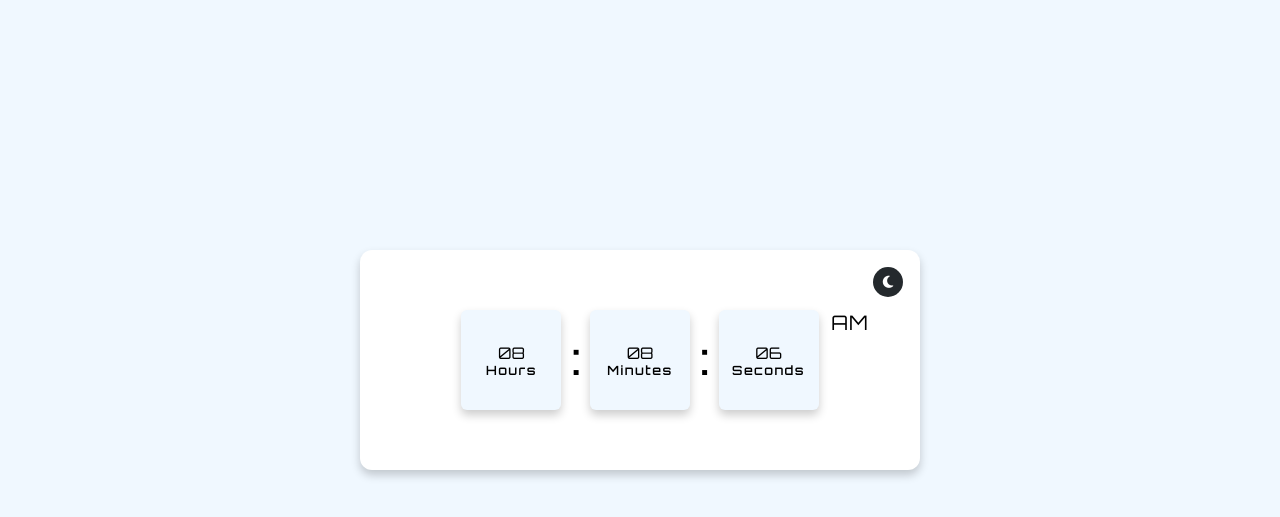
Repository: HueVu99/ComPonents
Page: Dynamic Digital Clock/index.html
The author's editor kept a copy of each file at every save. The page is drawn from the files as they stood at one save, then again after a run of saves.
The browser window is 1280 px wide. The pictures show the whole page.
Some web libraries are served in a nearby version.

Above is the page before, as saved 2022-07-08 19:45:23.

### Dynamic Digital Clock/index.html
<!DOCTYPE html>
<html lang="en">
<head>
    <meta charset="UTF-8">
    <meta http-equiv="X-UA-Compatible" content="IE=edge">
    <meta name="viewport" content="width=device-width, initial-scale=1.0">
    <title>Document</title>
    <link rel="stylesheet" href="style.css">
    <link rel="stylesheet" href="https://cdnjs.cloudflare.com/ajax/libs/font-awesome/6.1.1/css/all.min.css">
</head>
<body>
    <section>
        <div class="container">
            <div class="icons">
                <i class="fas fa-moon"></i>
                <i class="fas fa-sun"></i>
            </div>
            <div class="time">
              <div class="time-colon">
                <div class="time-text">
                    <span class="num hour_num"> 08</span>
                    <span class="text">Hours</span>
                </div>
                <span class="colon">:</span>
               </div>
            <div class="time-colon">
                <div class="time-text">
                    <span class="num min_num"> 08</span>
                    <span class="text">Minutes</span>
                </div>
                <span class="colon">:</span>
            </div>
            <div class="time-colon">
                <div class="time-text">
                    <span class="num sec_num"> 06</span>
                    <span class="text">Seconds</span>
                </div>
                <span class="am_pm">AM</span>
                 </div>
            </div>
        </div>
    </section>
    <script src="main.js"></script>
</body>
</html>

### Dynamic Digital Clock/style.css
@import url('https://fonts.googleapis.com/css2?family=Orbitron&family=Poppins:wght@200&display=swap');
*{
    margin: 0;
    padding: 0;
    box-sizing:border-box;
    font-family:"Orbitron",sans-serif;
    transition:  all 0.4 ease;
}
section{
    min-height: 100vh;
    width: 100%;
    display: flex;
    align-items: center;
    justify-content: center;
    background: #F0F8FF;
}
section.dark{
    background: #24292D;
}
section .container{
    display: flex;
    align-items: center;
    justify-content: center;
    height: 220px;
    max-width: 560px;
    width: 100%;
    background: #fff;
    box-shadow: 0 5px 10px rgba(0 , 0 , 0, 0.2);
    border-radius: 12px;
    position: relative;
}

section .container .icons i{
    position: absolute;
    right: 17px;
    top: 17px;
    height: 30px;
    width: 30px;
    background: #24292D;
    color: #fff;
    text-align:center;
    line-height: 30px;
    border-radius: 50%;
    font-size: 14px;
    cursor: pointer;
}
section.dark .container .icons i{
    background: #fff;
    color: #323840;
}
section .container .icons i.fa-sun{
    opacity: 0;
    pointer-events: none;
}
section.dark .container .icons i.fa-sun{
    opacity: 0;
    pointer-events: auto;
    font-size: 16px;
}
section .container .time{
    display: flex;
    align-items: center;
}
.container .time .time-colon{
    display: flex;
    align-items: center;
    position: relative;
}
.time .time-colon .am_pm{
    position: relative;
    position: absolute;
    top: 0;
    right: -50px;
    font-size: 20px;
    font-weight: 700px;
    letter-spacing: 1px;
}
.time .time-colon .time-text{
    width: 100px;
    height: 100px;
    display: flex;
    align-items: center;
    flex-direction: column;
    justify-content: center;
    background: #F0F8FF;
    border-radius: 6px;
    box-shadow: 0 5px 10px rgba(0 , 0, 0, 0.2);
}
section.dark .time .time
.time .time-colon .time-text,
.time .time-colon .colon{
    font-size:35px;
    font-weight: 600;
}
.time .time-colon .colon{
    font-size: 40px;
    margin: 0 10px;
}
.time .time-colon .time-text .text{
    font-size: 12px;
    font-weight: 700;
    letter-spacing: 2px;
}

### Dynamic Digital Clock/main.js
let section = document.querySelector("section");
let icons = document.querySelector(".icons");

icons.onclick =() =>{
    section.classList.toggle("dark");
}

After the next 6 saves:
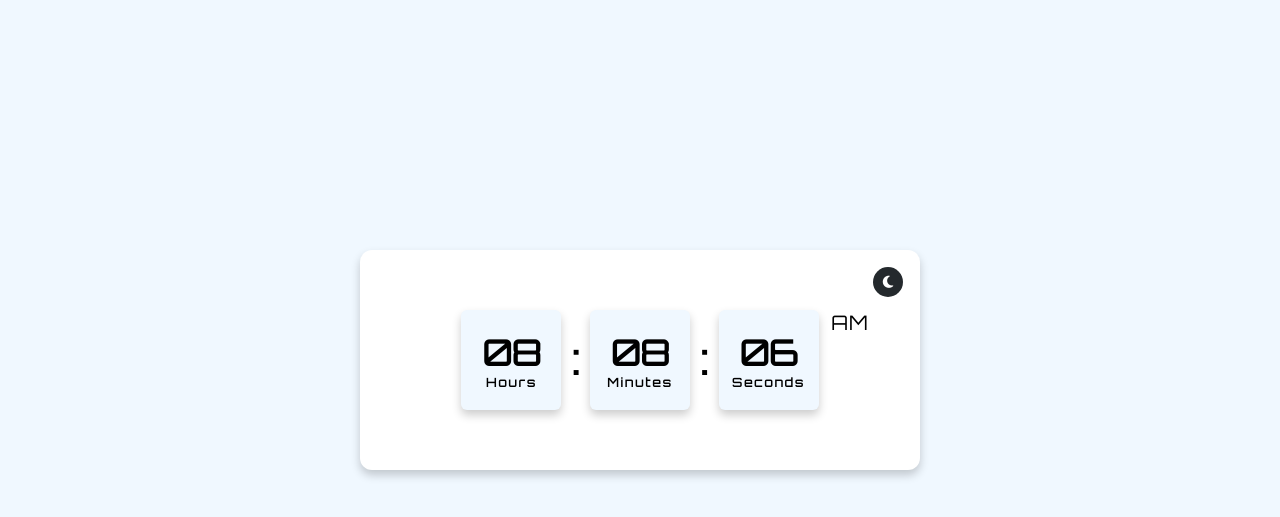
The 6 saves are shown as one change because they came seconds apart.
The last was saved 17 s later.
--- a/Dynamic Digital Clock/style.css
+++ b/Dynamic Digital Clock/style.css
@@ -86,7 +86,9 @@ section .container .time{
     border-radius: 6px;
     box-shadow: 0 5px 10px rgba(0 , 0, 0, 0.2);
 }
-section.dark .time .time
+section.dark .time .time-colon .time-text{
+    background: ;
+}
 .time .time-colon .time-text,
 .time .time-colon .colon{
     font-size:35px;
